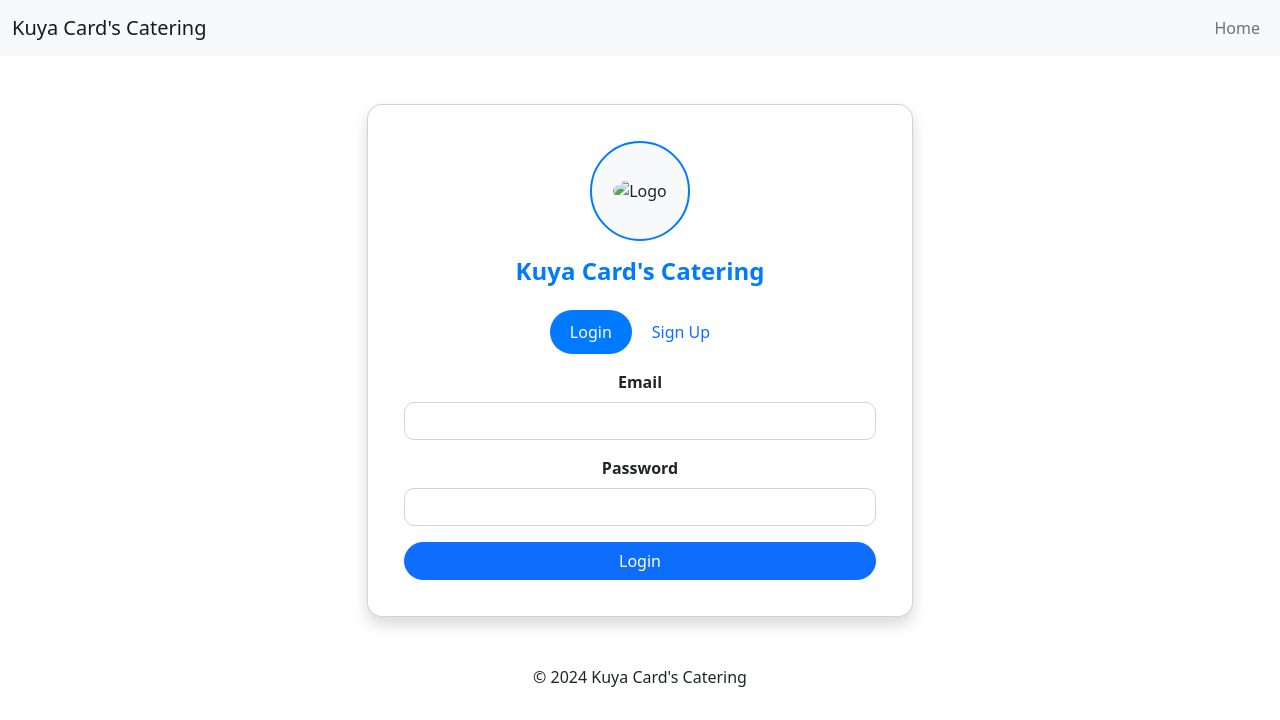
Repository: banbanny/kuyacards_catering
Page: http://localhost/
The author's editor kept a copy of each file at every save. The page is drawn from the files as they stood at one save, then again after the next save.
The browser window is 1280 px wide. The pictures show the whole page.
The page is run by PHP 8.4 with error messages shown; the project is at /var/www/html/.

Above is the page before, as saved 2024-11-29 12:37:38.
Console error: TypeError: Cannot read properties of null (reading 'addEventListener')
Not found: logo.png

### index.php
<?php

require_once('php/catering_db.php');

// Check if the user is already logged in
if (isset($_SESSION['user_id'])) {
    header("Location: home.php"); // Redirect to home if already logged in
    exit();
}

if ($_SERVER['REQUEST_METHOD'] == 'POST') {
    if (isset($_POST['login'])) {
        // Sanitize email and password
        $email = htmlspecialchars(strip_tags($_POST['email']));
        $password = $_POST['password'];

        // Check if both email and password are provided
        if (empty($email) || empty($password)) {
            $login_error = "Please enter both email and password.";
            error_log("Login error: Both email and password are required.");
        } else {
            // Fetch user data from the database
            try {
                $sql = "SELECT * FROM users WHERE email = ?";
                $stmt = $db->prepare($sql);
                $stmt->execute([$email]);
                $user = $stmt->fetch(PDO::FETCH_ASSOC);

                if ($user) {
                    // Direct password comparison (since we are storing plain text passwords)
                    if ($password === $user['password']) {
                        // Password matches, set session and redirect
                        $_SESSION['user_id'] = $user['user_id'];
                        $_SESSION['email'] = $user['email'];
                        header("Location: index.php");
                        exit();
                    } else {
                        $login_error = "Invalid Email or Password!";
                        error_log("Login failed: Incorrect password for email: " . $email);
                    }
                } else {
                    $login_error = "Invalid Email or Password!";
                    error_log("Login failed: No user found with email: " . $email);
                }
            } catch (PDOException $e) {
                error_log("Database error: " . $e->getMessage());  // Log database-related errors
                $login_error = "There was an error with the database. Please try again.";
            }
        }
    }

    if (isset($_POST['signup'])) {
        // Check if email and password are provided
        if (!empty($_POST['email']) && !empty($_POST['password'])) {
            $email = htmlspecialchars(strip_tags($_POST['email']));
            $password = htmlspecialchars(strip_tags($_POST['password']));

            // Insert plain text password (no hashing)
            $sql = "INSERT INTO users (email, password) VALUES (?, ?)";
            $stmtinsert = $db->prepare($sql);

            try {
                $result = $stmtinsert->execute([$email, $password]); // Don't hash the password
                if ($result) {
                    header("Location: home.php?signup=success"); // Redirect to login form
                    exit();
                } else {
                    echo '<div class="alert alert-danger">Signup failed. Please try again.</div>';
                }
            } catch (PDOException $e) {
                echo '<div class="alert alert-danger">Error: ' . $e->getMessage() . '</div>';
            }
        } else {
            echo '<div class="alert alert-danger">Both email and password are required.</div>';
        }
    }
}
?>

<!DOCTYPE html>
<html lang="en">
<head>
    <meta charset="UTF-8" />
    <meta name="viewport" content="width=device-width, initial-scale=1.0" />
    <title>Login</title>
    <link href="https://cdn.jsdelivr.net/npm/bootstrap@5.2.3/dist/css/bootstrap.min.css" rel="stylesheet" />
    <style>
        .form-container {
            display: none;
        }

        .form-container.active {
            display: block;
        }
    </style>
</head>
<body>

<!-- Navbar -->
<nav class="navbar navbar-expand-lg navbar-light bg-light">
    <div class="container-fluid">
        <a class="navbar-brand" href="#">Kuya Card's Catering</a>
        <ul class="navbar-nav">
            <li class="nav-item">
                <a class="nav-link" href="index.php">Home</a>
            </li>
        </ul>
    </div>
</nav>

<div class="container mt-5">
    <div class="row justify-content-center">
        <div class="col-md-6">
            <div class="card shadow text-center">
                <div class="card-body">
                    <!-- Logo -->
                    <div class="logo-container mx-auto mb-3">
                        <img src="logo.png" alt="Logo" class="img-fluid rounded-circle" />
                    </div>
                    <h4 class="mb-4">Kuya Card's Catering</h4>

                    <!-- Tabs -->
                    <ul class="nav nav-pills justify-content-center mb-3" id="pills-tab" role="tablist">
                        <li class="nav-item" role="presentation">
                            <button class="nav-link active" id="pills-login-tab" data-bs-toggle="pill" data-bs-target="#pills-login" type="button" role="tab" aria-controls="pills-login" aria-selected="true">Login</button>
                        </li>
                        <li class="nav-item" role="presentation">
                            <button class="nav-link" id="pills-signup-tab" data-bs-toggle="pill" data-bs-target="#pills-signup" type="button" role="tab" aria-controls="pills-signup" aria-selected="false">Sign Up</button>
                        </li>
                    </ul>

                    <!-- Form Content -->
                    <div class="tab-content" id="pills-tabContent">
                        <!-- Login Form -->
                        <div class="tab-pane fade show active" id="pills-login" role="tabpanel" aria-labelledby="pills-login-tab">
                            <form action="home.php" method="POST">
                                <div class="mb-3">
                                    <label for="login-email" class="form-label">Email</label>
                                    <input type="email" class="form-control" id="login-email" name="email" required />
                                </div>
                                <div class="mb-3">
                                    <label for="login-password" class="form-label">Password</label>
                                    <input type="password" class="form-control" id="login-password" name="password" required />
                                </div>
                                <?php if (isset($login_error)) { echo '<div class="alert alert-danger">' . $login_error . '</div>'; } ?>
                                <button type="submit" class="btn btn-primary w-100" name="login">Login</button>
                            </form>
                        </div>

                        <!-- Sign Up Form -->
                        <div class="tab-pane fade" id="pills-signup" role="tabpanel" aria-labelledby="pills-signup-tab">
                            <form action="home.php" method="POST">
                                <div class="mb-3">
                                    <label for="signup-email" class="form-label">Email</label>
                                    <input type="email" class="form-control" id="signup-email" name="email" required />
                                </div>
                                <div class="mb-3">
                                    <label for="signup-password" class="form-label">Password</label>
                                    <input type="password" class="form-control" id="signup-password" name="password" required />
                                </div>
                                <button type="submit" class="btn btn-success w-100" name="signup">Sign Up</button>
                            </form>
                        </div>
                    </div>
                </div>
            </div>
        </div>
    </div>
</div>

<style>
    .card {
        border-radius: 15px;
        padding: 20px;
        background-color: #ffffff;
    }
    .logo-container {
        width: 100px;
        height: 100px;
        border: 2px solid #007bff;
        border-radius: 50%;
        padding: 10px;
        display: flex;
        justify-content: center;
        align-items: center;
        background-color: #f8f9fa;
    }
    .logo-container img {
        max-width: 80%;
        max-height: 80%;
        border-radius: 50%;
    }
    h4 {
        color: #007bff;
        font-weight: bold;
    }
    .nav-pills .nav-link {
        border-radius: 30px;
        padding: 10px 20px;
    }
    .nav-pills .nav-link.active {
        background-color: #007bff;
        color: #fff;
    }
    .form-label {
        font-weight: bold;
    }
    .form-control {
        border-radius: 10px;
    }
    .btn {
        border-radius: 30px;
    }
</style>

<!-- Footer -->
<footer class="text-center mt-5">
    <p>&copy; 2024 Kuya Card's Catering</p>
</footer>

<script src="https://cdn.jsdelivr.net/npm/bootstrap@5.2.3/dist/js/bootstrap.bundle.min.js"></script>
<script>
    const loginForm = document.getElementById('loginForm');
    const signupForm = document.getElementById('signupForm');
    const showLogin = document.getElementById('showLogin');
    const showSignup = document.getElementById('showSignup');

    showLogin.addEventListener('click', () => {
        loginForm.classList.add('active');
        signupForm.classList.remove('active');
        // Reset the login form fields
        document.getElementById('login-email').value = '';
        document.getElementById('login-password').value = '';
    });

    showSignup.addEventListener('click', () => {
        signupForm.classList.add('active');
        loginForm.classList.remove('active');
        // Reset the signup form fields
        document.getElementById('signup-email').value = '';
        document.getElementById('signup-password').value = '';
    });
</script>

</body>
</html>

### php/catering_db.php
<?php

$db_user = "root";           // Database username
$db_pass = "";               // Database password
$db_name = "catering_db";    // Database name
$db_host = "localhost";      // Database host

try {
    // Use utf8mb4 charset for better Unicode support
    $dsn = "mysql:host=$db_host;dbname=$db_name;charset=utf8mb4";
    $db = new PDO($dsn, $db_user, $db_pass);

    // Set PDO error mode to exception for easier debugging
    $db->setAttribute(PDO::ATTR_ERRMODE, PDO::ERRMODE_EXCEPTION);
} catch (PDOException $e) {
    // Log error and show generic error message
    error_log("Database connection error: " . $e->getMessage()); // Log the error for debugging
    die('Database connection failed. Please try again later.');   // Generic error message
}

After the next save:
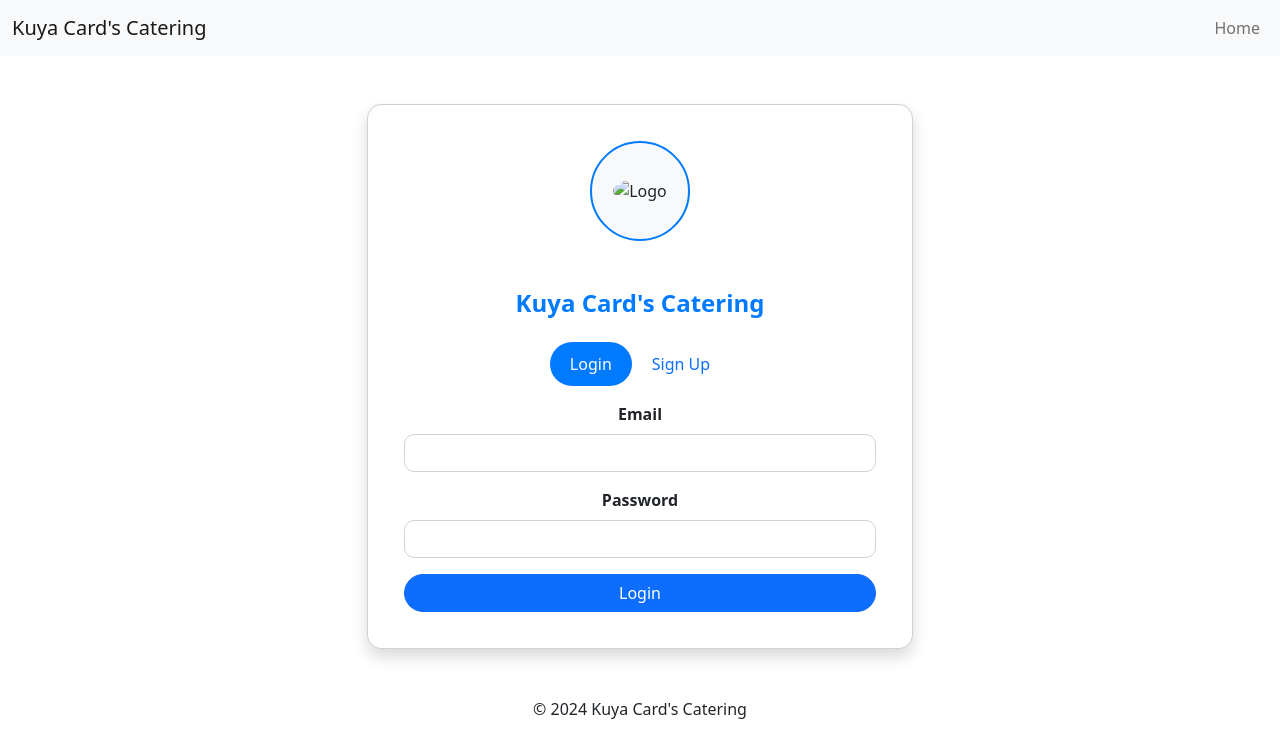
Saved 25 s later.
--- a/index.php
+++ b/index.php
@@ -114,7 +114,7 @@
             <div class="card shadow text-center">
                 <div class="card-body">
                     <!-- Logo -->
-                    <div class="logo-container mx-auto mb-3">
+                    <div class="logo-container mx-auto mb-5">
                         <img src="logo.png" alt="Logo" class="img-fluid rounded-circle" />
                     </div>
                     <h4 class="mb-4">Kuya Card's Catering</h4>

After the 2 saves that followed:
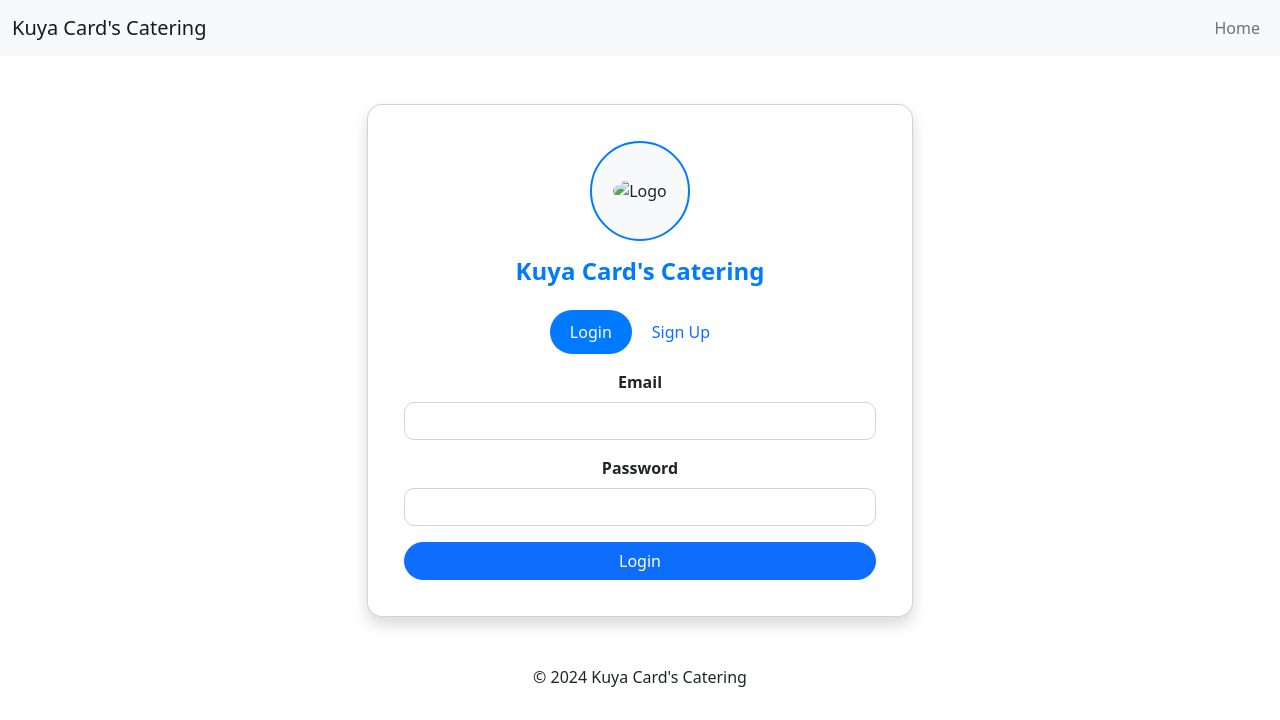
The 2 saves are shown as one change because they came seconds apart.
The last was saved 7 s later.
--- a/index.php
+++ b/index.php
@@ -114,7 +114,7 @@
             <div class="card shadow text-center">
                 <div class="card-body">
                     <!-- Logo -->
-                    <div class="logo-container mx-auto mb-5">
+                    <div class="logo-container mx-auto mb-3">
                         <img src="logo.png" alt="Logo" class="img-fluid rounded-circle" />
                     </div>
                     <h4 class="mb-4">Kuya Card's Catering</h4>
